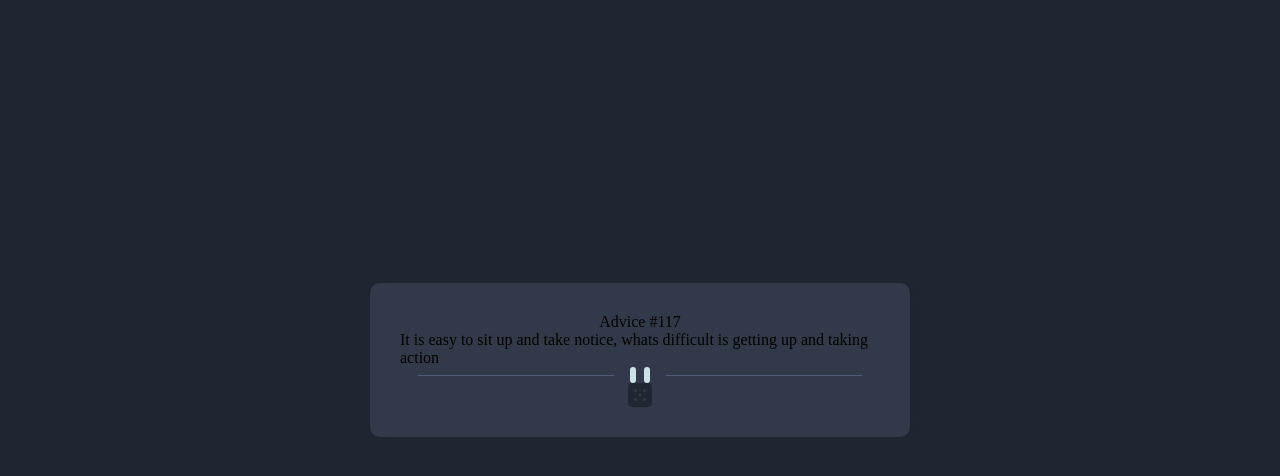
Repository: Arkitecth/advice-generator
Page: index.html
An editor plug-in stored every save of this project. The page is shown before and after the next save, followed by the edit.
The browser window is 1280 px wide. The pictures show the whole page.

Above is the page before, as saved 2023-07-12 17:38:35.

### index.html
<!DOCTYPE html>
<html lang="en">
<head>
  <meta charset="UTF-8">
  <meta name="viewport" content="width=device-width, initial-scale=1.0"> <!-- displays site properly based on user's device -->

  <link rel="icon" type="image/png" sizes="32x32" href="./images/favicon-32x32.png">
  <link rel="stylesheet" href="style.css">
  <title>Advice generator app</title>

</head>
<body>
  <div class="container">
    <p class="advice">Advice <span class="advice-num">#117</span></p>
    <p class="advice-text">It is easy to sit up and take notice, whats difficult is getting up and taking action</p>
    <img src="images/pattern-divider-desktop.svg" alt="pattern-divider-desktop">
    <img src="images/icon-dice.svg" alt="dice-icon">
  </div>
</body>
</html>

### style.css
:root {
    --dark-blue: hsl(218, 23%, 16%);
    --dark-grayish-blue:hsl(217, 19%, 24%);
    --light-cyan:  hsl(193, 38%, 86%);
    --neon-green:hsl(150, 100%, 66%);
    --grayish-blue:hsl(217, 19%, 38%);
}
* {
    margin: 0;
    padding:0;
    box-sizing: border-box;
}
@import url('https://fonts.googleapis.com/css2?family=Manrope:wght@800&display=swap');


body {
    background-color: var(--dark-blue);
    display: flex;
    height: 100vh;
    align-items: center;
}

.container {
    margin: 0 auto;
    background-color: var(--dark-grayish-blue);
    max-width: 540px;
    padding: 30px;
    border-radius: 10px;
    box-shadow: 3px 0px 5px var(--dark-blue);
    display: flex;
    flex-direction: column;
    align-items: center;
    align-content: space-around;
    justify-content: space-between;
}

.advice {

}

After the next save:
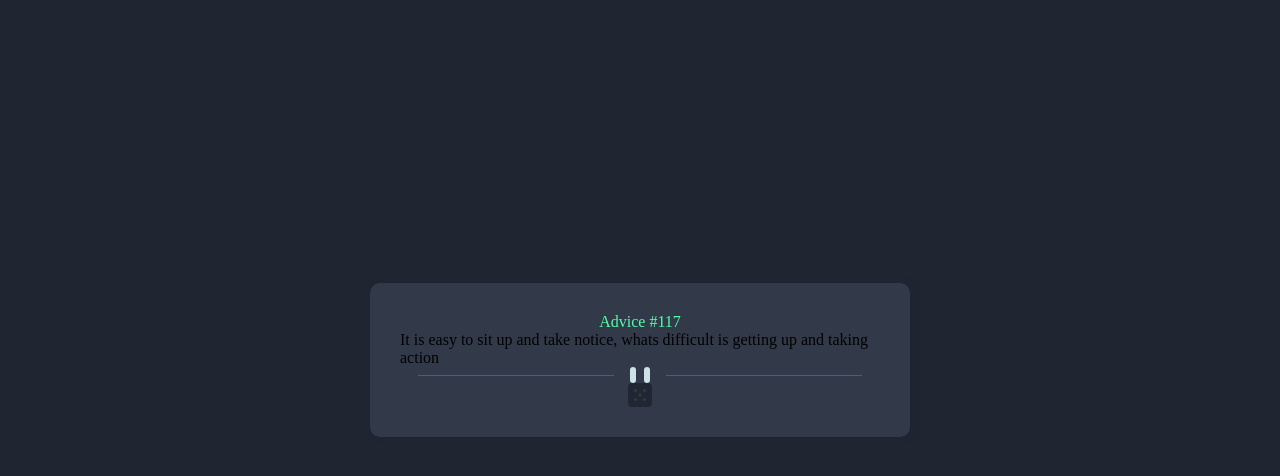
Saved 10 s later.
--- a/style.css
+++ b/style.css
@@ -35,5 +35,5 @@
 }
 
 .advice {
-
+    color: var(--neon-green);
 }
